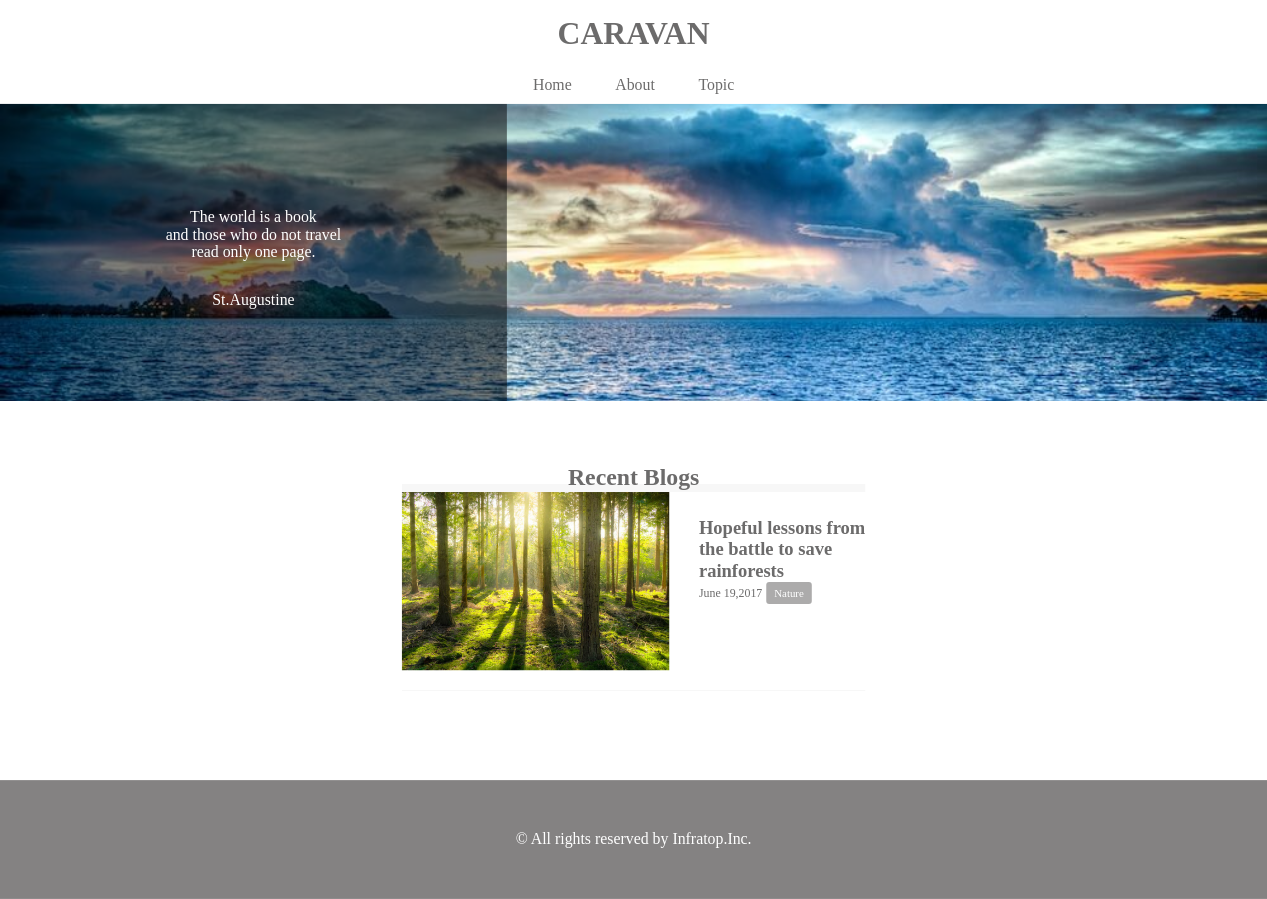
Repository: mitoma99/task4
Page: caravan/index.html
The author's editor kept a record of every edit. The page is drawn from the files as they stood at one moment, then again after the next edit.
The browser window is 1280 px wide. The pictures show the whole page, at 99% of full size.

Above is the page before.

### caravan/index.html
<!DOCTYPE html>
<html lang="ja">
  <head>
    <meta charset="UTF-8"/>
    <link rel="stylesheet" href="style.css"/>
    <title>CARAVAN</title>
  </head>


<body>
  <header>
    <h1 class="heading">
      <a href="index.html">
        CARAVAN
      </a>
    </h1>
  </header>

  <nav>
    <ul class="nav-list">
      <li class="nav-list-item">
        <a href="index.html">Home</a>
      </li>
      <li class="nav-list-item">About</li>
      <li class="nav-list-item">Topic</li>
    </ul>
  </nav>

  <div class="main-visual">
    <div class="main-visual-content">
      <p class="main-visual-text">
        The world is a book<br/>
        and those who do not travel<br/>
        read only one page.
      </p>
      <p class="main-visual-name">
        St.Augustine
      </p>
    </div>
  </div>

  <main>
    <section class="biog">
      <h2 class="blog-heading">Recent Blogs</h2>
      <div class="blog-item">
        <img class="blog-image" src="img/forest.jpg">
        <section class="blog-text">
          <h3>
            <a href="single.html">
              Hopeful lessons from<br>
              the battle to save<br>
              rainforests
            </a>
          </h3>
          <p class="blog-date">June 19,2017</p>
          <span class="category">Nature</span>
        </section>
      </div>
    </section>
    <div class="sidebar"></div>
  </main>

  <footer>
    <p class="footer-text">© All rights reserved by Infratop.Inc.</p>
  </footer>
 </body>
</html>

### caravan/style.css
*{
  margin:0;
  padding:0;
  box-sizing:border-box;
  color:#6c6b6b;
}

a{
  text-decoration:none;
}

header{
  width:90%;
  padding:15px 0;
  margin:0 auto;
  text-align:center;
}

header.heading{
  font-size:32px;
}

.nav-list{
  text-align:center;
  padding:10px 0;
  margin:0 auto;
}

.nav-list-item{
  list-style:none;
  display:inline-block;
  margin:0 20px;
}

.main-visual{
  width:100%;
  height:300px;
  background-image:url(img/mv.jpg);
  background-size:cover;
  background-position:center;
}

.main-visual-content{
  width:40%;
  height:300px;
  background-color:rgba(0,0,0,0.5);
  text-align:center;
  padding-top:105px;
}

.main-visual-text{
  color:#fff;
}

.main-visual-name{
  margin-top:30px;
  color:#fff;
}

main{
  width:800px;
  display:flex;
  justify-content:center;
  margin:0 auto;
  padding:70px 0;
}

.blog{
  width:540px;
  margin-right:30px;
}

.blog-heading{
  border-bottom:8px solid #f7f7f7;
  text-align:center;
  line-height:0.6;
}

.blog-box{
  padding-top:50px;
}

.blog-item{
  padding-bottom:20px;
  margin-bottom:20px;
  border-bottom:1px solid #f7f7f7;
  display:flex;
  justify-content:flex-start;
}

.blog-image{
  height:180px;
}

.blog-text{
  padding:25px 0 0 30px;
}

.blog-text-heading{
  padding-bottom:15px;
}

.blog-date{
  font-size:12px;
  display:inline-block;
}

.category{
  display:inline-block;
  padding:5px 8px;
  background-color:#acabab;
  border-radius:3px;
  color:#fff;
  font-size:11px;
}

.sideber{
  width:230px;
}

footer{
  width:100%;
  height:120px;
  text-align:center;
  line-height:120px;
  background-color:#848282;
}

.footer-text{
  color:#fff;
}

After the next edit:
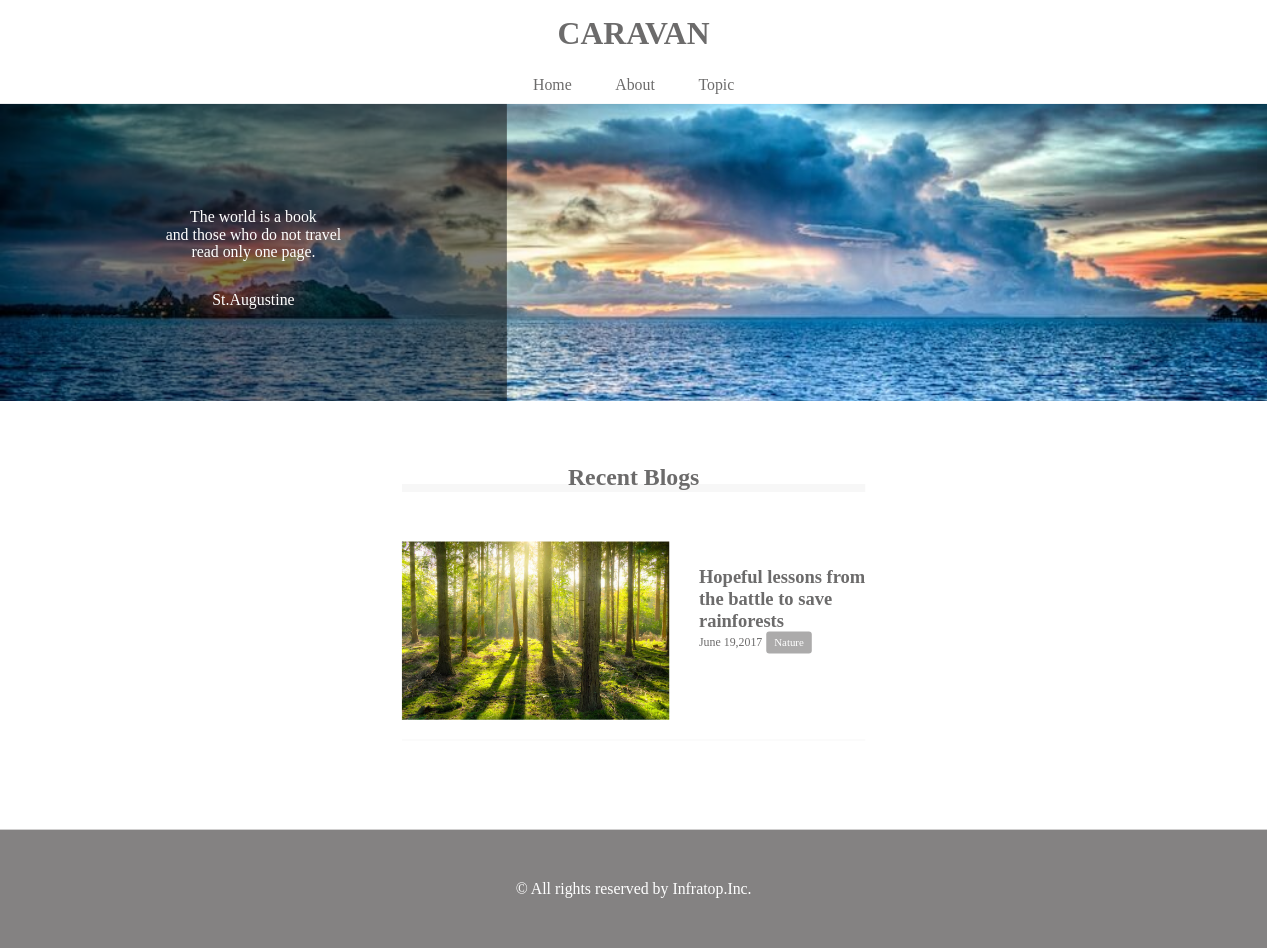
The edit:
--- a/caravan/index.html
+++ b/caravan/index.html
@@ -42,6 +42,8 @@
   <main>
     <section class="biog">
       <h2 class="blog-heading">Recent Blogs</h2>
+
+      <div class="blog-box">
       <div class="blog-item">
         <img class="blog-image" src="img/forest.jpg">
         <section class="blog-text">
